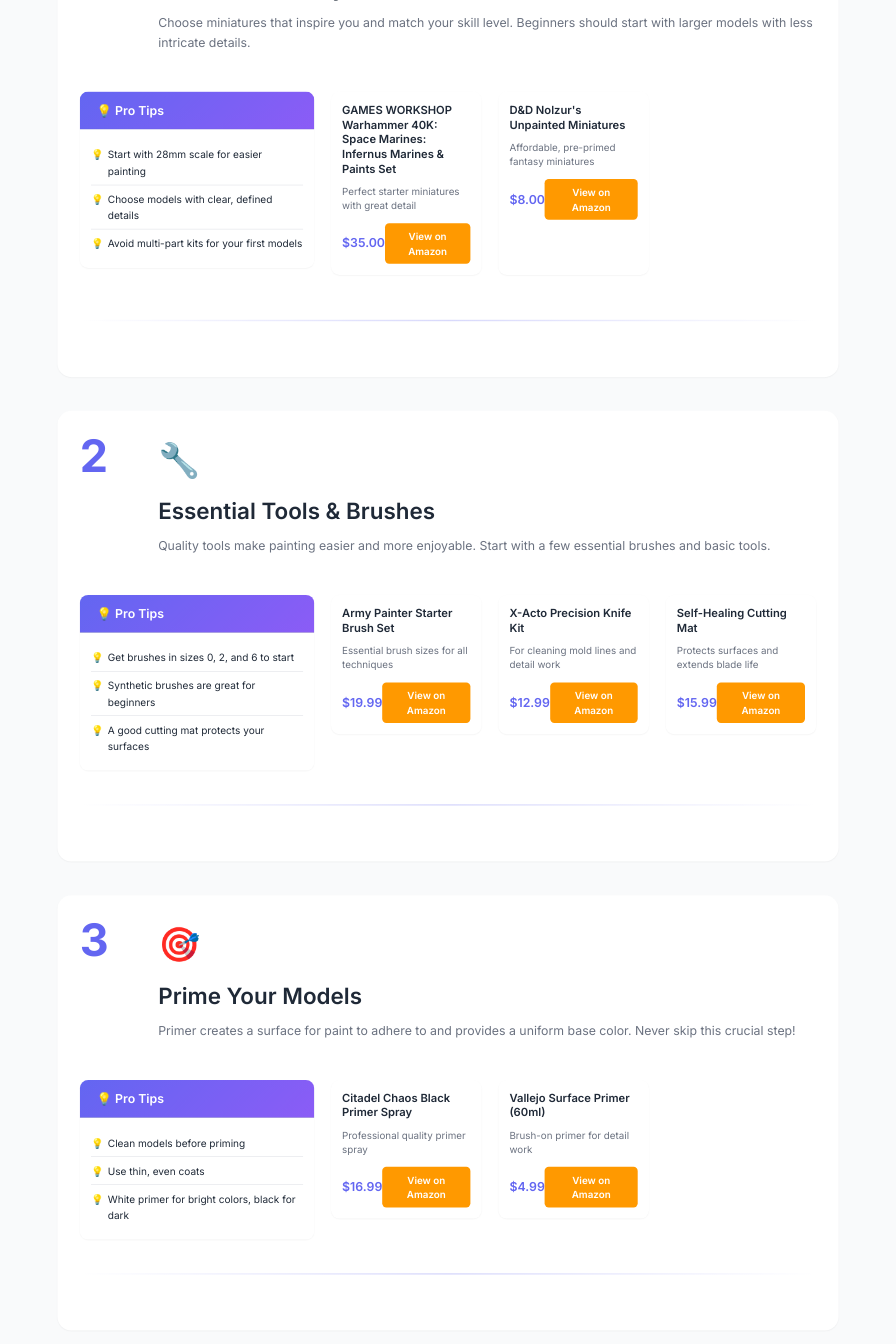
Repository: Aldentec/pushing-pigment-website
Page: /getting-started
The author's editor kept a copy of each file at every save. The page is drawn from the files as they stood at one save, then again after the next save.
The browser window is 1280 px wide. The pictures show the part of the page from y = 1317 to 3237 px (the page is 8448 px tall), at 70% of full size.
The project was rebuilt for these pictures with package versions that can differ from the ones it lists, and the page was loaded fresh each time. Also part of the build but not shown: src/components/Hero/Hero.css, src/components/Hero/Hero.jsx, src/pages/Home/Home.jsx, src/data/tutorials.js, src/pages/Tutorials/Tutorials.jsx, src/pages/Products/Products.css, src/pages/Products/Products.jsx.

Above is the page before, as saved 2025-08-16 14:22:38.

After the next save:
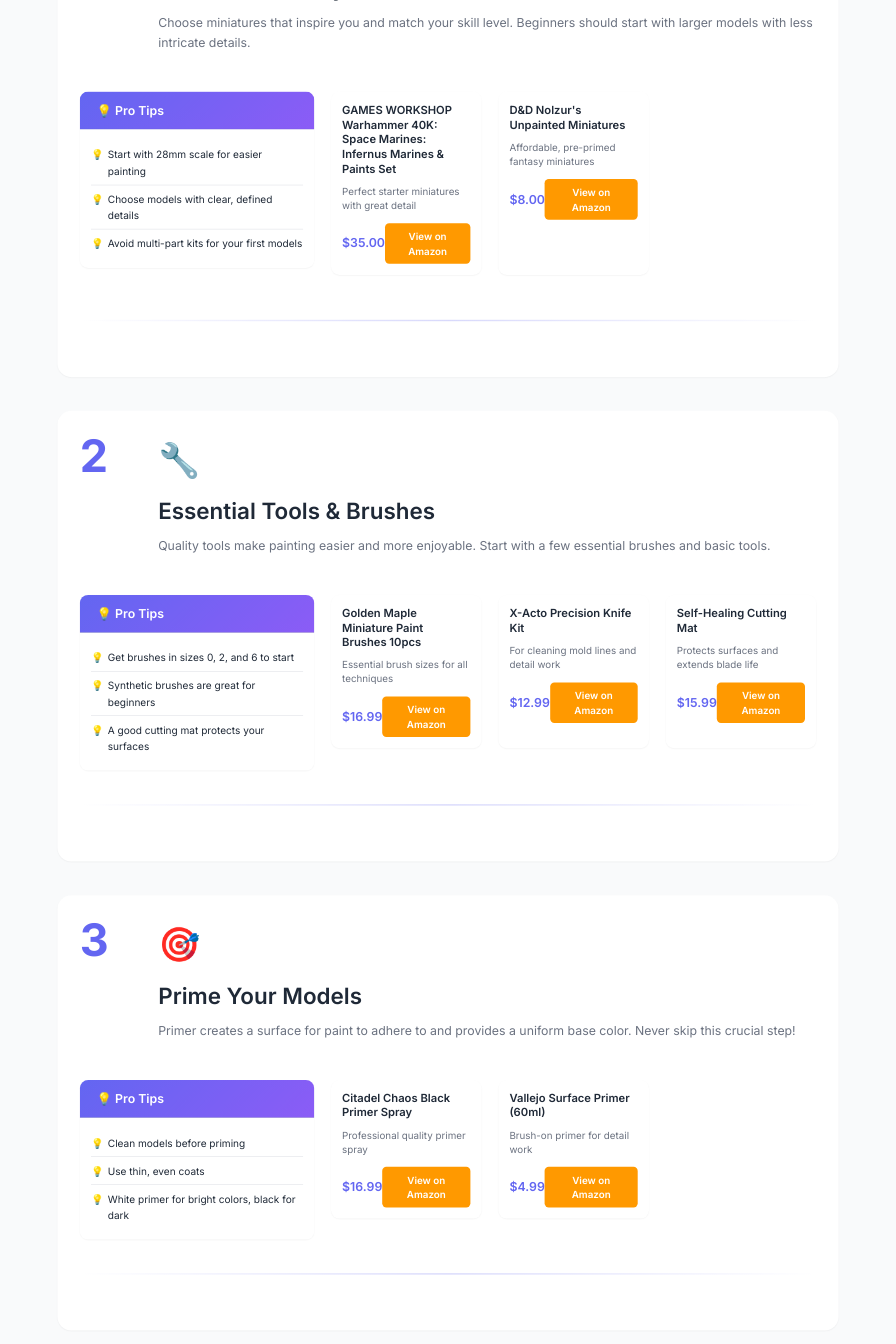
Saved 3 min 12 s later.
--- a/src/components/GettingStarted/GettingStarted.jsx
+++ b/src/components/GettingStarted/GettingStarted.jsx
@@ -89,9 +89,9 @@
       ],
       amazonLinks: [
         {
-          name: "Army Painter Starter Brush Set",
-          price: "$19.99",
-          link: "https://amazon.com/dp/example3",
+          name: "Golden Maple Miniature Paint Brushes 10pcs",
+          price: "$16.99",
+          link: "https://amzn.to/3Jjo7sX",
           description: "Essential brush sizes for all techniques"
         },
         {
